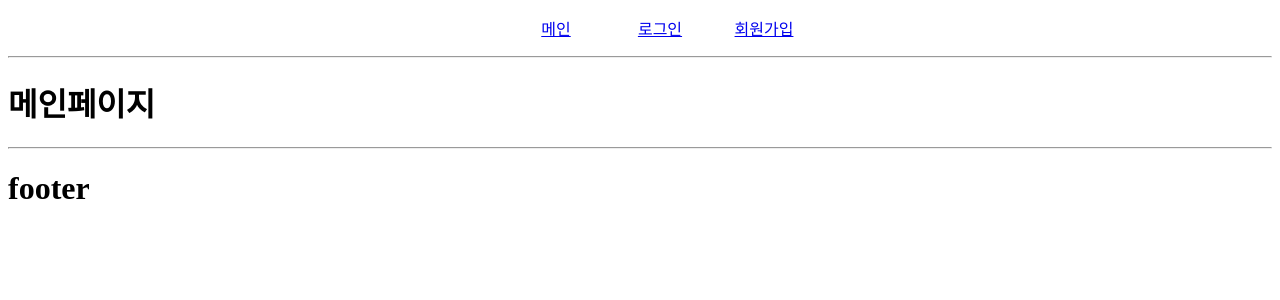
Repository: leesangbok/jsp-work
Page: http://localhost/cos/main.jsp
The author's editor kept a copy of each file at every save. The page is drawn from the files as they stood at one save, then again after the next save.
The browser window is 1280 px wide. The pictures show the whole page.
The page is served by Tomcat 9.

Above is the page before, as saved 2020-08-22 06:29:03.

### cos/WebContent/main.jsp
<%@ page language="java" contentType="text/html; charset=UTF-8"
    pageEncoding="UTF-8"%>
<%@ include file="layout/header.jsp" %>

<h1>메인페이지</h1>

<%@ include file="layout/footer.jsp" %>
</body>
</html>

### cos/WebContent/layout/header.jsp
<%@ page language="java" contentType="text/html; charset=UTF-8"
    pageEncoding="UTF-8"%>
<%
if(session.getAttribute("auth")!= null){
	if((boolean)session.getAttribute("auth")== true){
		System.out.println("인증된  사용자 입니다");
	}
}

%>
<!DOCTYPE html>
<html>
<head>
<meta charset="UTF-8">
<title>메인페이지</title>

 <style>
 	ul{text-align: center;}
 	li{display: inline-block; width: 100px;}
 </style>
</head>
<body>
	<ul>
		<li><a href="main.jsp" title="">메인</a></li>
		<li><a href="login.jsp" title="">로그인</a></li>
		<li><a href="join.jsp" title="">회원가입</a></li>
	</ul>
	<hr/>
</body>
</html>

### cos/WebContent/layout/footer.jsp
<%@ page language="java" contentType="text/html; charset=UTF-8"
    pageEncoding="UTF-8"%>
<hr/>
<h1>footer</h1>

After the next save:
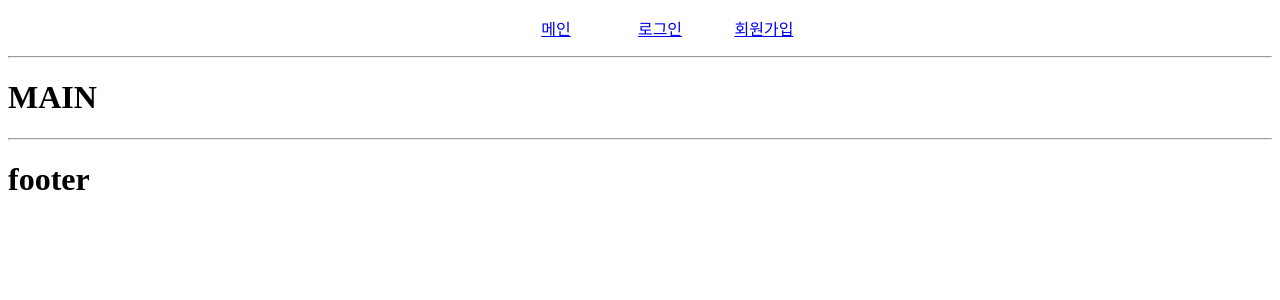
Saved 33 s later.
--- a/cos/WebContent/main.jsp
+++ b/cos/WebContent/main.jsp
@@ -2,7 +2,7 @@
     pageEncoding="UTF-8"%>
 <%@ include file="layout/header.jsp" %>
 
-<h1>메인페이지</h1>
+<h1>MAIN</h1>
 
 <%@ include file="layout/footer.jsp" %>
 </body>
